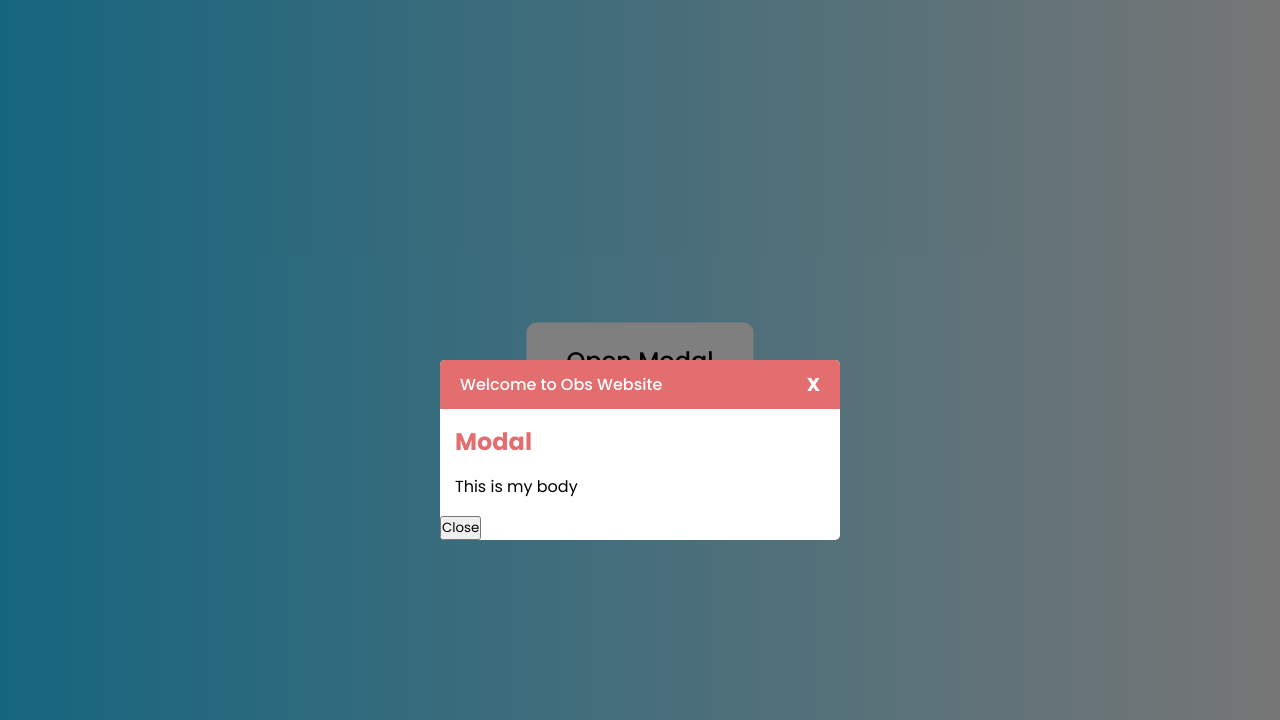
Repository: lausamtuong/Modal_card
Page: index.html
These files come from the project's save history. The page is drawn as it stood at one moment and after the next save; the edit follows.
The browser window is 1280 px wide. The pictures show the whole page.
The style sheet was rebuilt from its Sass, Less or Tailwind sources for each picture, by a compiler version that may differ from the author's.

Above is the page before, as saved 2021-12-15 06:58:50.

After the next save:
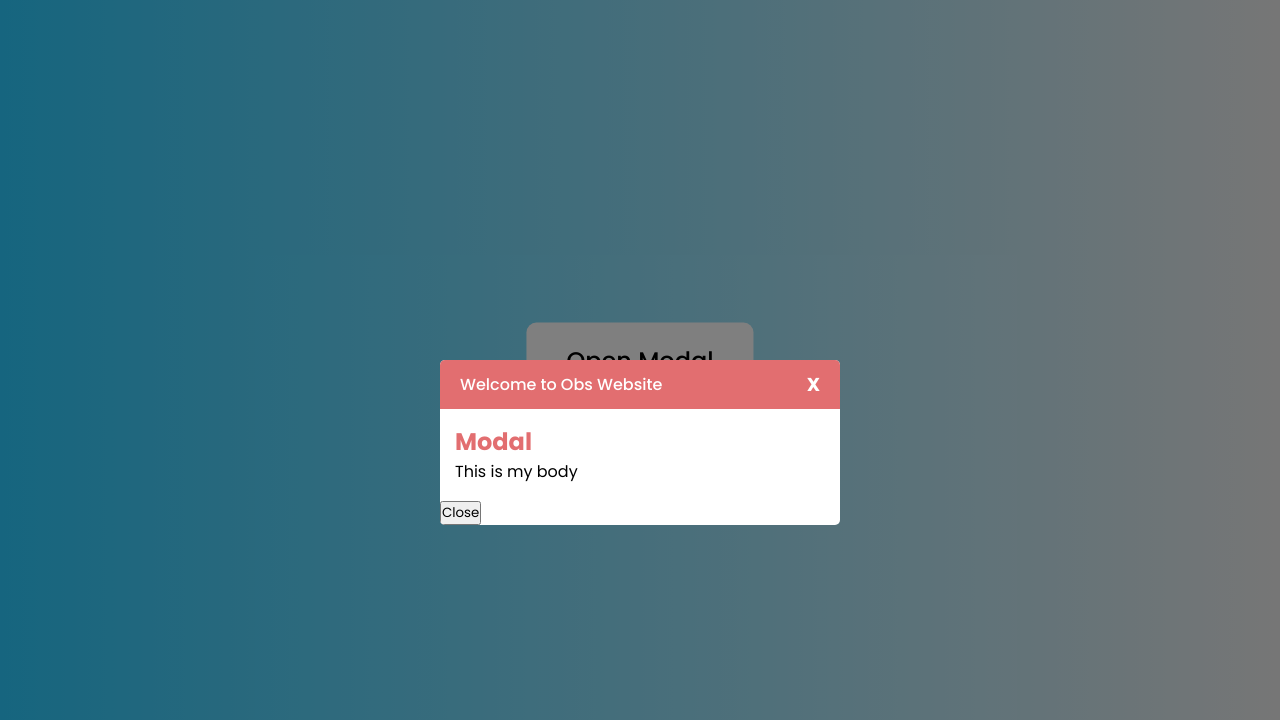
Saved 4 s later.
--- a/style.scss
+++ b/style.scss
@@ -59,7 +59,7 @@ body{
             color:var(--primary-color);
             font-weight: 700;
             font-size: 1.5rem;
-            padding: 15px 15px;
+            padding: 15px 15px 0 15px;
         }
         p{
             padding :0 15px 15px 15px;
